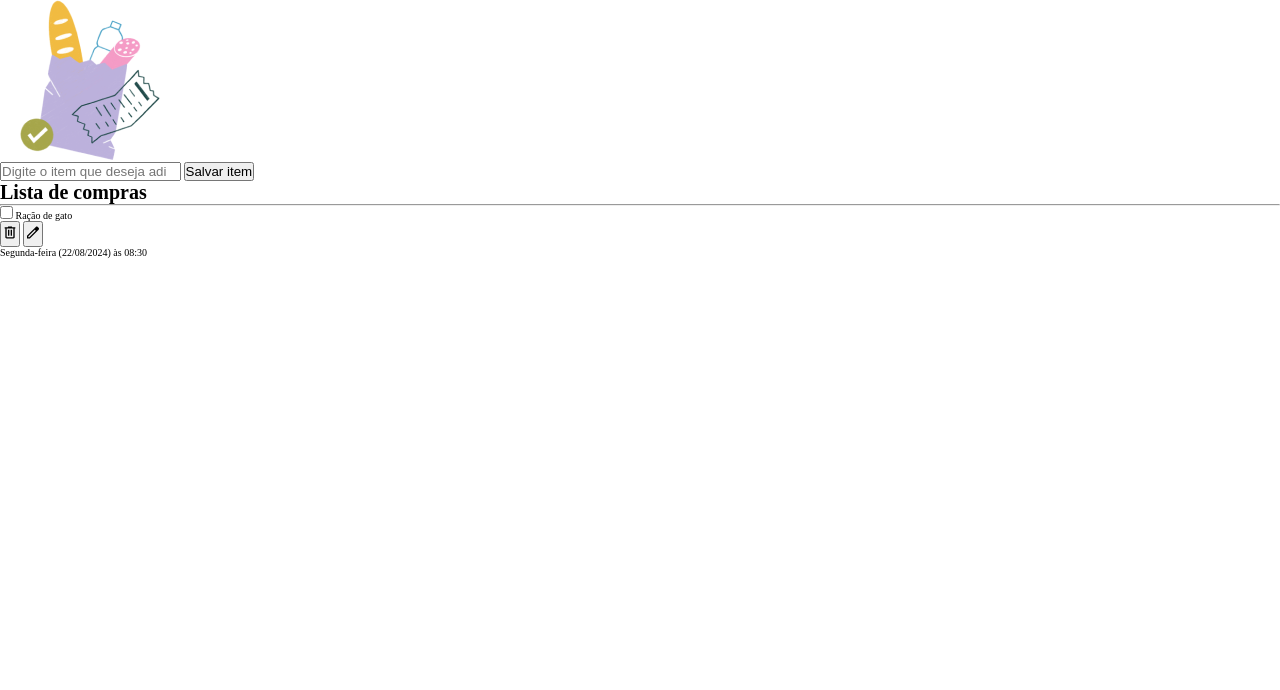
Repository: joaoPraiaJunior/compras_js
Page: index.html
An editor plug-in stored every save of this project. The page is shown before and after the next save, followed by the edit.
The browser window is 1280 px wide. The pictures show the whole page.
Some web fonts or font styles are not loaded; a fallback is used.

Above is the page before, as saved 2024-08-22 19:42:16.

After the next save:
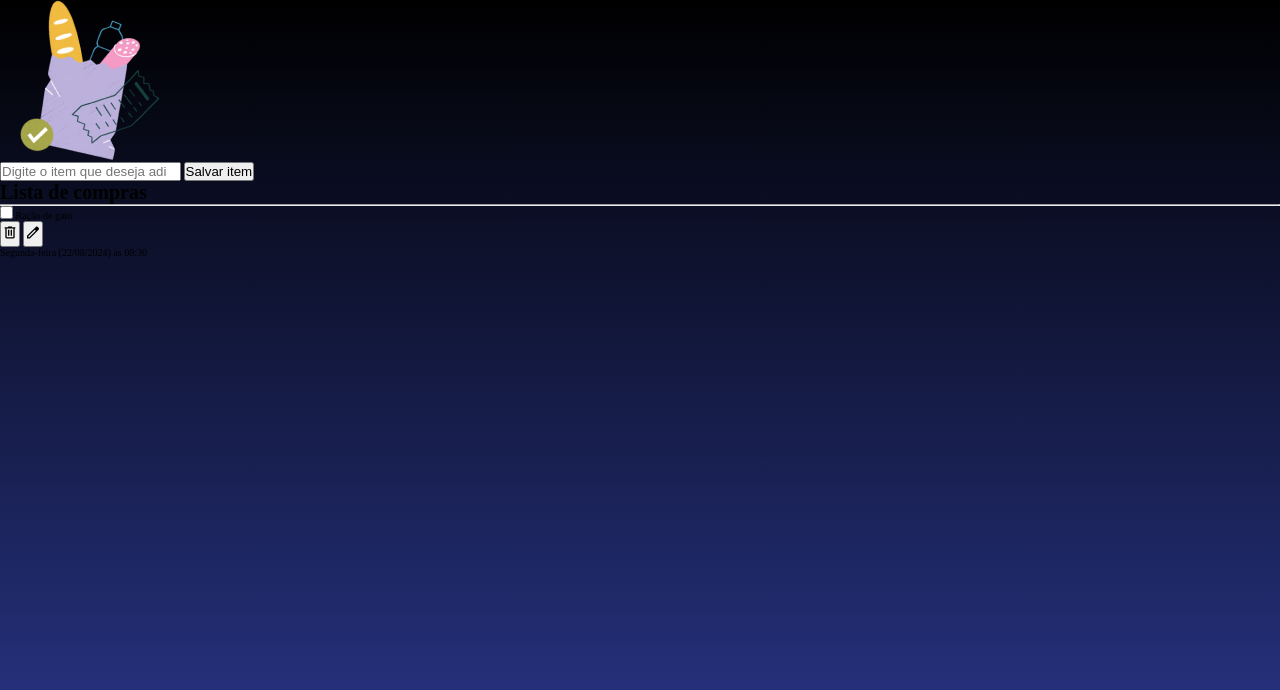
Saved 2 min 29 s later.
--- a/css/styles.css
+++ b/css/styles.css
@@ -17,3 +17,9 @@ html {
     --fonte-texto: 'Numans', sans-serif;
     --degrade-azul: linear-gradient(180deg, #000000 0%, #26327F 100%);
 }
+
+body {
+    background: var(--degrade-azul);
+    background-repeat: no-repeat;
+    height: 100vh;
+}
